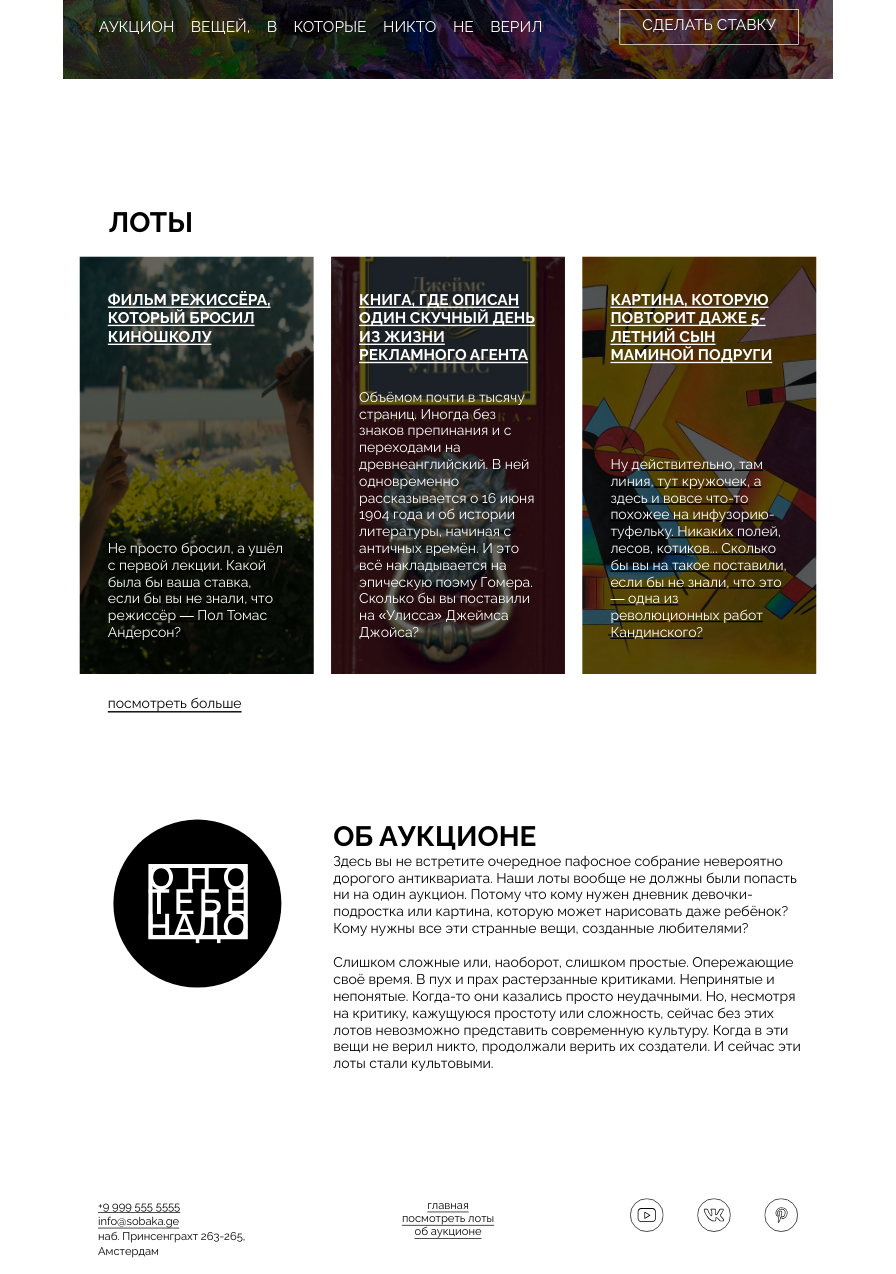
Repository: NikWolf75/ono-tebe-nado-fd
Page: index.html
An editor plug-in stored every save of this project. The page is shown before and after the next save, followed by the edit.
The browser window is 1280 px wide. The pictures show the part of the page from y = 937 to 2857 px (the page is 2757 px tall before and 2857 px after), at 70% of full size.

Above is the page before, as saved 2024-12-17 14:19:07.

### index.html
<!DOCTYPE html>
<html lang="ru">
  <head>
    <meta charset="UTF-8">
    <meta http-equiv="X-UA-Compatible" content="IE=edge">
    <meta name="viewport" content="width=device-width, initial-scale=1.0">
    <link href="./fonts/fonts.css" rel="stylesheet">
    <link href="./styles/global.css" rel="stylesheet">
    <link href="./styles/style.css" rel="stylesheet">
    <title>Оно тебе надо — аукцион вещей, в которые никто не верил</title>
  </head>
  <body>
    <header class="header">
      <nav class="header__menu">
        <ul class="header__links-list">
          <li class="header__links-list-item header__links-list-item_no-bullit">
            <a class="header__link header__link-active" href="main">главная</a>
          </li>
          <li class="header__links-list-item">
            <a class="header__link" href="#lots">посмотреть лоты</a>
          </li>
          <li class="header__links-list-item">
            <a class="header__link" href="#about-lots">об аукционе</a>
          </li>
        </ul>
      </nav>
      <a class="header__logo">
        <img
          class="header__logo-image"
          src="./images/logo-black.svg"
          alt="Лого"
        >
      </a>
      <address class="header__address">
        <a href="tel:+99995555555">+9 999 555 5555</a><br>
        <a href="mailto:info@sobaka.ge">info@sobaka.ge</a><br>
        <p> наб. Принсенграхт 263-<br>265, Амстердам</p>
      </address>
    </header>
    <main>
      <section class="cover">
        <div class="overlay"></div>
        <h1 class="cover__title">
          <span class="cover__main-text text-left">Оно</span>
          <span class="cover__main-text text-center">Тебе</span>
          <span class="cover__main-text text-right">Надо</span>
        </h1>
        <div class="cover__discription">
          <p class="cover__discription-text">Аукцион вещей, в которые никто не верил</p>
          <a class="bet-button">Сделать ставку</a>
        </div>
      </section>
      <section class="lots">
        <h2 class="lots__heading">Лоты</h2>
          <ul class="lots__card-list">
            <li class="lots__card-list-item">
              <a class="card-link" href="main">
                <article class="card card_type_film">
                  <div class="overlay"></div>
                  <h3 class="card__title">
                    Фильм режиссёра, который бросил киношколу
                  </h3>
                  <p class="card__text">
                    Не просто бросил, а ушёл
                    с первой лекции. Какой
                    была бы ваша ставка, если бы вы не знали, что
                    режиссёр — Пол Томас
                    Андерсон?
                  </p>
                </article>
              </a>
            </li>
            <li class="lots__card-list-item">
              <a class="card__link" href="main">
                <article class="card card_type_book">
                  <div class="overlay"></div>
                  <h3 class="card__title">
                    Книга, где описан
                    один скучный день
                    из жизни
                    рекламного агента
                  </h3>
                  <p class="card__text">
                    Объёмом почти в тысячу
                    страниц. Иногда без
                    знаков препинания и с переходами на
                    древнеанглийский. В ней
                    одновременно
                    рассказывается о 16 июня
                    1904 года и об истории
                    литературы, начиная с
                    античных времён. И это
                    всё накладывается на
                    эпическую поэму Гомера.
                    Сколько бы вы поставили
                    на «Улисса» Джеймса
                    Джойса?
                  </p>
                </article>
              </a>
            </li>
            <li class="lots__card-list-item">
              <a class="card-link" href="main">
                <article class="card card_type_picture">
                  <div class="overlay"></div>
                  <h3 class="card__title">
                    Картина, которую
                    повторит даже 5-
                    летний сын
                    маминой подруги
                  </h3>
                  <p class="card__text">
                    Ну действительно, там
                    линия, тут кружочек, а
                    здесь и вовсе что-то
                    похожее на инфузорию-
                    туфельку. Никаких полей,
                    лесов, котиков... Сколько
                    бы вы на такое поставили,
                    если бы не знали, что это
                    — одна из
                    революционных работ
                    Кандинского?
                  </p>
                </article>
              </a>
            </li>
          </ul>
          <a class="lots__look-more-link" href="#main">посмотреть больше</a>
      </section>
      <section class="about" id="#about">
        <div class="about-lots__column">
          <div class="about__logo">
            <img
              class="about-lots__logo-image"
              src="./images/logo-white.svg"
              alt="Лого"
            />
          </div>
        </div>
        <div class="about-lots__column">
          <h2 class="about__title">Об аукционе</h2>
          <div class="about__text">
            <p>
              Здесь вы не встретите очередное пафосное собрание невероятно
              дорогого антиквариата. Наши лоты вообще не должны были попасть
              ни на один аукцион. Потому что кому нужен дневник девочки-
              подростка или картина, которую может нарисовать даже ребёнок?
              Кому нужны все эти странные вещи, созданные любителями?
            </p>
            <p>
              Слишком сложные или, наоборот, слишком простые. Опережающие
              своё время. В пух и прах растерзанные критиками. Непринятые
              и непонятые. Когда-то они казались просто неудачными. Но, несмотря
              <br>на критику, кажущуюся простоту или сложность, сейчас без этих
              лотов невозможно представить современную культуру. Когда в эти вещи не
              верил никто, продолжали верить их создатели. И сейчас эти лоты
              стали культовыми.
            </p>
          </div>
        </div>
      </section>
    </main>
    <footer class="footer">
      <address class="address">
        <a href="tel:+99995555555">+9 999 555 5555</a><br>
        <a href="mailto:info@sobaka.ge">info@sobaka.ge</a><br>
        <p> наб. Принсенграхт 263-265,<br>Амстердам</p><br>
      </address>
      <nav class="footer__menu">
        <ui class="footer__menu-list">
          <li class="footer__menu-list-item">
            <a class="footer__menu-link footer__menu-link-active" href="#main">главная</a>
          </li>
          <li class="footer__menu-list-item">
            <a class="footer__menu-link" href="#lots">посмотреть лоты</a>
          </li>
          <li class="footer__menu-list-item">
            <a class="footer__menu-link" href="#about-lots">об аукционе</a>
          </li>
        </ui>
      </nav>
      <nav class="footer__social">
        <ul class="footer__social-list">
          <li class="footer__social-list-item">
            <a class="footer__social-link" href="#main">
              <img
                class="footer__social-logo"
                src="./images/yt.svg"
                alt="youtube"
              />
            </a>
          </li>
          <li class="footer__menu-list-item">
            <a class="footer__social-link" href="#main">
              <img
                class="footer__social-logo"
                src="./images/vk.svg"
                alt="vk"
              />
            </a>
          </li>
          <li class="footer__menu-list-item">
            <a class="footer__social-link" href="#main">
              <img
                class="footer__social-logo"
                src="./images/pinterest.svg"
                alt="pinterest"
              />
            </a>
          </li>
        </ul>
      </nav>
    </footer>
  </body>
</html>

### styles/global.css
*,
*::before,
*::after {
  box-sizing: border-box;
}

body {
  width: 1100px;
  margin: 0 auto;
  font-family: Raleway, sans-serif;
}

h1,
h2,
h3,
h4,
h5,
h6,
p,
ul,
ol,
li,
blockquote {
  margin: 0;
  padding: 0;
}

a {
  color: inherit;
}

img {
  width: 100%;
}

### styles/style.css
.header {
  display: grid;
  grid-template-columns: 1fr min-content 1fr;
  align-items: center;
  padding: 91px 51px 97px 51px;
  font-style: normal;
  font-size: 18px;
  font-weight: 400;
}

.header__links-list {
  display: flex;
  gap: 32px;
  list-style: circle;
}

.header__links-list-item_no-bullit {
  list-style: none;
}

.header__link {
  text-underline-position: under;
}

.header__link-active {
  text-decoration: none;
}

.header__logo {
  width: 148px;
  height: 105px;
  padding: 1px 6px 0 6px;
}

.header__address {
  max-width: 240px;
  justify-self: end;
  font-style: normal;
  line-height: 135%;
  text-underline-position: under;
  padding: 2px 36px 2px 0;
}

.cover {
  background-image: url(../images/cover.jpg);
  background-size: cover;
  background-repeat: no-repeat;
  background-position: center top;
  padding: 164px 0 49px 51px;
  display: flex;
  flex-direction: column;
  gap: 79px;
  position: relative;
}

.overlay {
  position: absolute;
  z-index: 1;
  top: 0;
  left: 0;
  width: 100%;
  height: 100%;
  background-color: rgb(0, 0, 0, 0.6);
}

.cover__title {
  position: relative;
  z-index: 2;
  font-weight: 700;
  font-size: 100px;
  letter-spacing: 0.3em;
  text-transform: uppercase;
  color: #fff;
}

.cover__main-text {
  display: block;
  line-height: 115%;
}

.text-left {
  text-align: start;
}

.text-center {
  text-align: center;
  padding: 20px 20px 12px 0;
}

.text-right {
  text-align: right;
  padding: 8px 20px 29px 0;
}

.cover__discription {
  z-index: 2;
  display: flex;
  align-items: center;
  justify-content: start;
  line-height: 140%;
  gap: 110px;
}

.cover__discription-text {
  font-size: 22px;
  color: #fff;
  word-spacing: 18px;
  line-height: 127%;
  white-space: nowrap;
  text-transform: uppercase;
}

.bet-button {
  width: 256px;
  height: 51px;
  font-weight: 500;
  text-align: center;
  padding: 10px 0 0 0;
  font-size: 22px;
  color: #fff;
  border: 1px solid #fff;
  text-transform: uppercase;
  background-color: transparent;
}
.lots {
  display: flex;
  flex-direction: column;
  padding: 181px 24px 150px 24px;
}

.lots__heading {
  font-weight: 700;
  font-size: 40px;
  text-transform: uppercase;
  margin: 0 0 26px 41px;
}

.lots__card-list {
  display: flex;
  justify-content: center;
  list-style: none;
  gap: 25px
}

.lots__card-list-item {
  width: 334px;
  min-height: 596px;
  flex-grow: 1;
}

.card__link {
  display: block;
  text-decoration: none;
  height: 100%;
}

.card {
  position: relative;
  background-size: cover;
  background-repeat: no-repeat;
  background-position: center;
  display: flex;
  flex-direction: column;
  justify-content: space-between;
  padding: 48px 40px;
  height: 100%;
}

.card_type_film {
  background-image: url(../images/card-lot-01.jpg);
}

.card_type_book {
  background-image: url(../images/card-lot-02.jpg);
}

.card_type_picture {
  background-image: url(../images/card-lot-03.jpg);
}

.card__title {
  font-weight: 700;
  font-size: 22px;
  line-height: 120%;
  z-index: 2;
  text-transform: uppercase;
  text-decoration: underline;
  text-decoration-skip-ink: none;
  color: #fff;
}

.card__text {
  font-weight: 00;
  font-size: 20px;
  line-height: 120%;
  z-index: 2;
  color: #fff;
}

.lots__look-more-link {
  text-underline-position: under;
  font-weight: 400;
  font-size: 20px;
  color: #000;
  padding: 30px 0 4px 40px;
}

.about {
  display: grid;
  grid-template-columns: 330px auto;
  justify-items: center;
  padding: 0 27px 100px 27px;
  gap: 29px;
}

.about__logo {
  display: flex;
  justify-content: center;
  align-items: center;
  width: 240px;
  height: 240px;
  border-radius: 100%;
  background-color: #000;
}

.about-lots__logo-image {
  width: 148px;
  height: 114px;
}

.about__title {
  margin: 100px 1;
  font-size: 40px;
  font-weight: 700;
  font-style: normal;
  text-transform: uppercase;
}

.about__text {
  display: flex;
  flex-direction: column;
  gap: 25px;
  font-size: 20px;
  line-height: 120%;
}

.footer {
  padding: 81px 50px 0;
  display: grid;
  grid-template-columns: 1fr auto 1fr;
}

.address {
  font-style: normal;
  font-weight: 400;
  line-height: 135%;
  text-underline-position: under;
}

.footer__menu-list {
  display: flex;
  flex-direction: column;
  align-items: center;
  list-style: none;
}

.footer__menu-link {
  text-underline-position: under;
}

.footer__menu-link_active {
  text-decoration: none;
}

.footer__social {
  justify-self: end;
}

.footer__social-list {
  display: flex;
  justify-content: space-between;
  gap: 48px;
  list-style: none;
}

.footer__social-list-item {
  height: 100%;
}

.footer__social-link {
  text-decoration: none;
}

.footer__social-logo {
  height: 48px;
}

Loaded but not shown: fonts/fonts.css (common file)

After the next save:
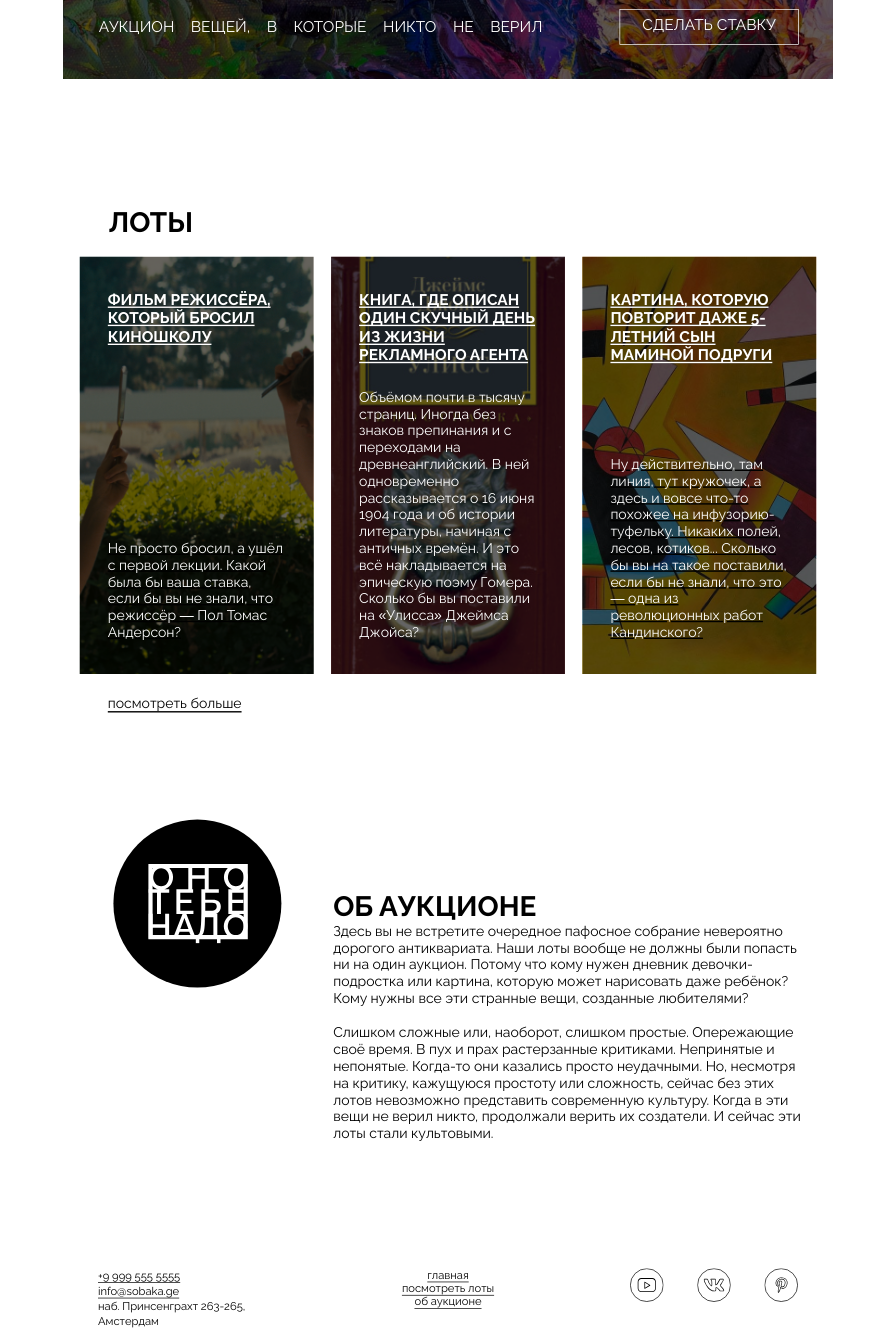
Saved 4 s later.
--- a/styles/style.css
+++ b/styles/style.css
@@ -229,7 +229,7 @@
 }
 
 .about__title {
-  margin: 100px 1;
+  margin: 100px 0 0 0;
   font-size: 40px;
   font-weight: 700;
   font-style: normal;
